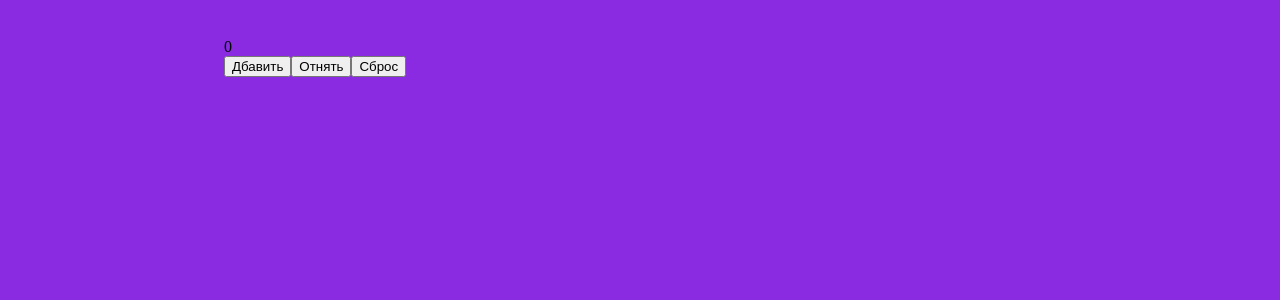
Repository: Denzoll/redux-toolkit-counter
Page: /
An editor plug-in stored every save of this project. The page is shown before and after the next save, followed by the edit.
The browser window is 1280 px wide. The pictures show the whole page.
The project was rebuilt for these pictures with package versions that can differ from the ones it lists, and the page was loaded fresh each time. Also part of the build but not shown: src/index.css.

Above is the page before, as saved 2022-06-27 13:27:41.

### src/index.js
import React from 'react';
import ReactDOM from 'react-dom/client';
import './index.css';
import App from './App';
import { store } from './app/store';
import { Provider } from 'react-redux/es/exports';


const root = ReactDOM.createRoot(document.getElementById('root'));
root.render(

   <Provider store={store}>
    <App />

  </Provider>

);

// If you want to start measuring performance in your app, pass a function
// to log results (for example: reportWebVitals(console.log))
// or send to an analytics endpoint. Learn more: https://bit.ly/CRA-vitals

### src/App.js
import { useSelector, useDispatch } from "react-redux";
import { minus, plus, zero } from "./feauters/counterReducer";
import './App.css'

function App() {
  const num = useSelector((state) => state.counter);
  const dispach = useDispatch();
  const handleInc = () => {
    dispach(plus());
  };
  const handleDel = () => {
    dispach(minus());
  };

  const z = () => {
    dispach(zero());
  };
  return (
    <>
    <div className="cont">
      <div>{num}</div>
      <button onClick={handleInc}> Дбавить </button>
      <button onClick={handleDel}>Отнять</button>
      <button onClick={z}> Сброс </button>
      </div>
    </>
  );
}

export default App;

### src/app/store.js
import { configureStore } from "@reduxjs/toolkit";
import counterReducer from "../feauters/counterReducer";

export const  store = configureStore({
    reducer:counterReducer
})

### src/feauters/counterReducer.js
import { createAction } from "@reduxjs/toolkit/";
import { createReducer } from "@reduxjs/toolkit";

const initialState = {
  counter: 0,
};
export const plus = createAction("plus");
export const minus = createAction("minus");
export const zero = createAction("zero");

const counterReducer = createReducer(initialState, (builder) => {
  builder
    .addCase(plus, (state, action) => {
      state.counter += 1;
    })
    .addCase(minus, (state) => {
      if (state.counter > 0) {
        state.counter -= 1;
      }
    })
    .addCase(zero, (state) => {
      state.counter = 0;
    });
});

export default counterReducer;

### src/App.css
body {
  background-color: blueviolet;
  margin:0 auto;
  width: 65%;
  margin-top: 3%;
}
.cont {

}

Loaded but not shown: public/index.html (common file)

After the next save:
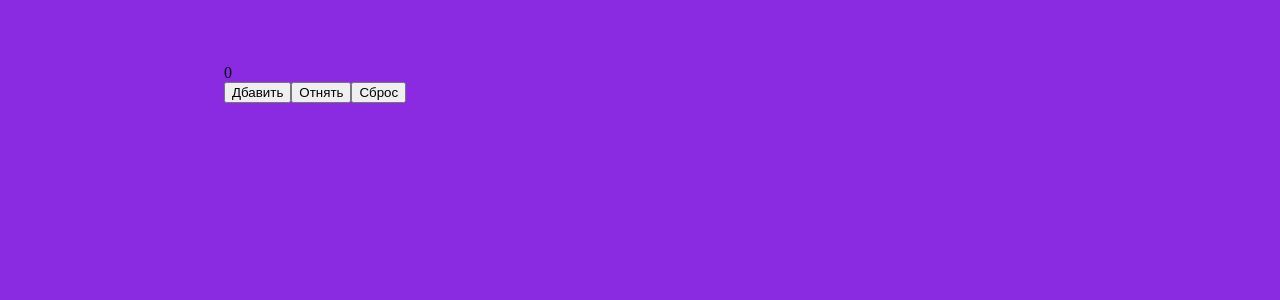
Saved 4 s later.
--- a/src/App.css
+++ b/src/App.css
@@ -2,7 +2,7 @@ body {
   background-color: blueviolet;
   margin:0 auto;
   width: 65%;
-  margin-top: 3%;
+  margin-top: 5%;
 }
 .cont {
 
